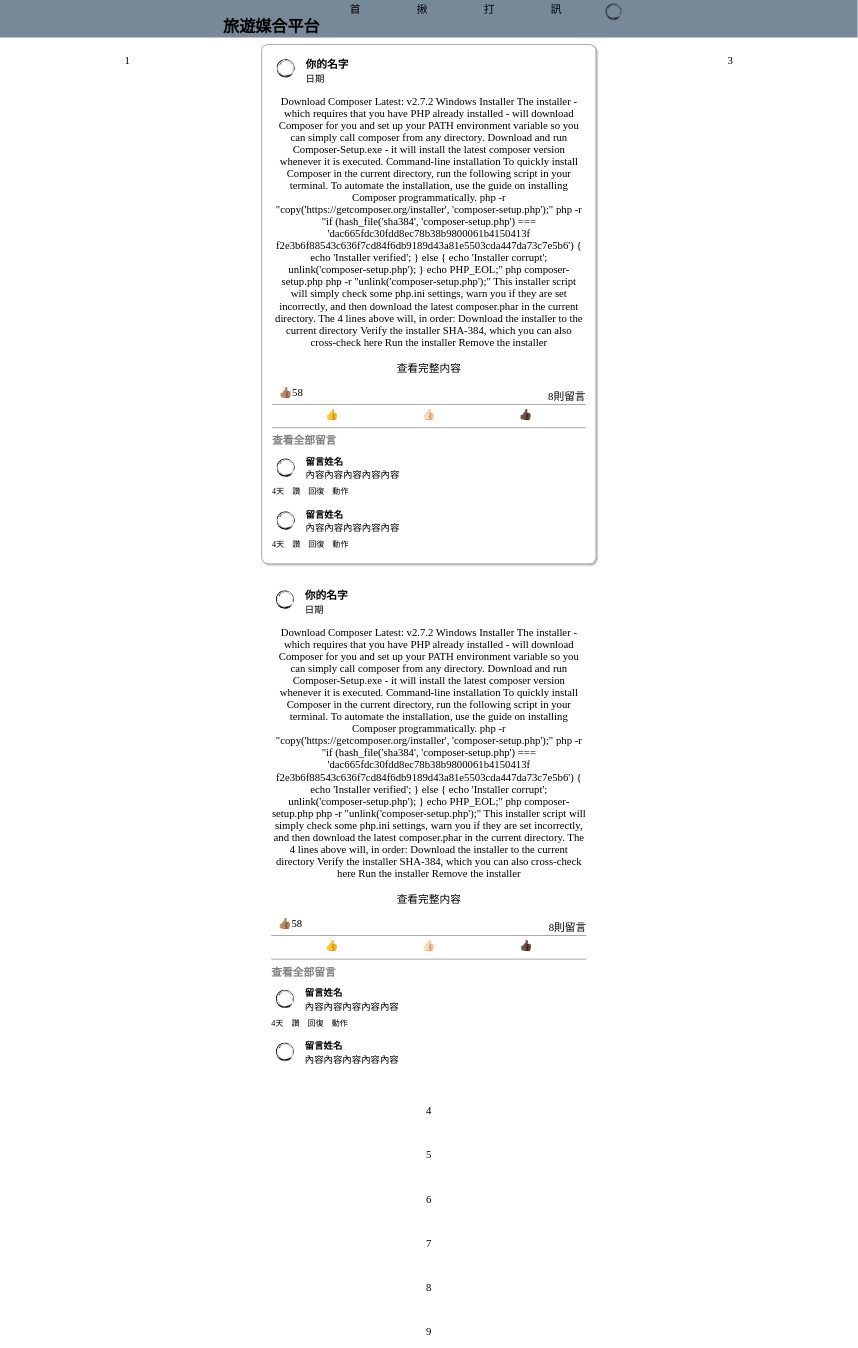
Repository: yuchiyang123/index_view
Page: http://localhost/
An editor plug-in stored every save of this project. The page is shown before and after the next save, followed by the edit.
The browser window is 1280 px wide. The pictures show the whole page, at 67% of full size.
The page is run by PHP 8.4 with error messages shown; the project is at /var/www/html/.

Above is the page before, as saved 2024-03-27 17:14:48.

### header.php
<script type="module" src="https://unpkg.com/ionicons@7.1.0/dist/ionicons/ionicons.esm.js"></script>
<script nomodule src="https://unpkg.com/ionicons@7.1.0/dist/ionicons/ionicons.js"></script>
<style>
   .header {
    position: sticky; /* 将标题栏固定在容器内 */
    top: 0; /* 将标题栏固定在容器的顶部 */
    z-index: 9999; /* 确保标题栏位于其他内容的上层 */
    /* 其他样式，例如背景颜色、文本样式等 */
    grid-area: header;
    background-color: lightslategray;
    width: 100%; /* 设置标题栏的宽度为100%，使其填满整个屏幕 */
    height: 56px;
    margin-bottom: 10px;
    box-sizing: border-box;
}
ion-icon {
  font-size: 35px;
}
.profileimg{
    width: 35px;
    height: auto;
}
.headerdiv{
    display: grid;
    grid-template-columns: 150px auto repeat(4, 100px) auto 70px;
    grid-template-rows: auto;
    text-align:center;
    justify-content: center;
}
</style>
<header class="header">
    <div class="headerdiv">
        <div>
            <h2>旅遊媒合平台</h2>
        </div>
        <div></div>
        <div>
            首
        </div>
        <div>
            揪
        </div>
        <div>
            打
        </div>
        <div>
            訊
        </div>
        <div></div>
        <div>
            <img src="img/2-1.png" class="profileimg">
        </div>

    </div>
</header>

Loaded but not shown: index.php (553 lines, source omitted)

After the next save:
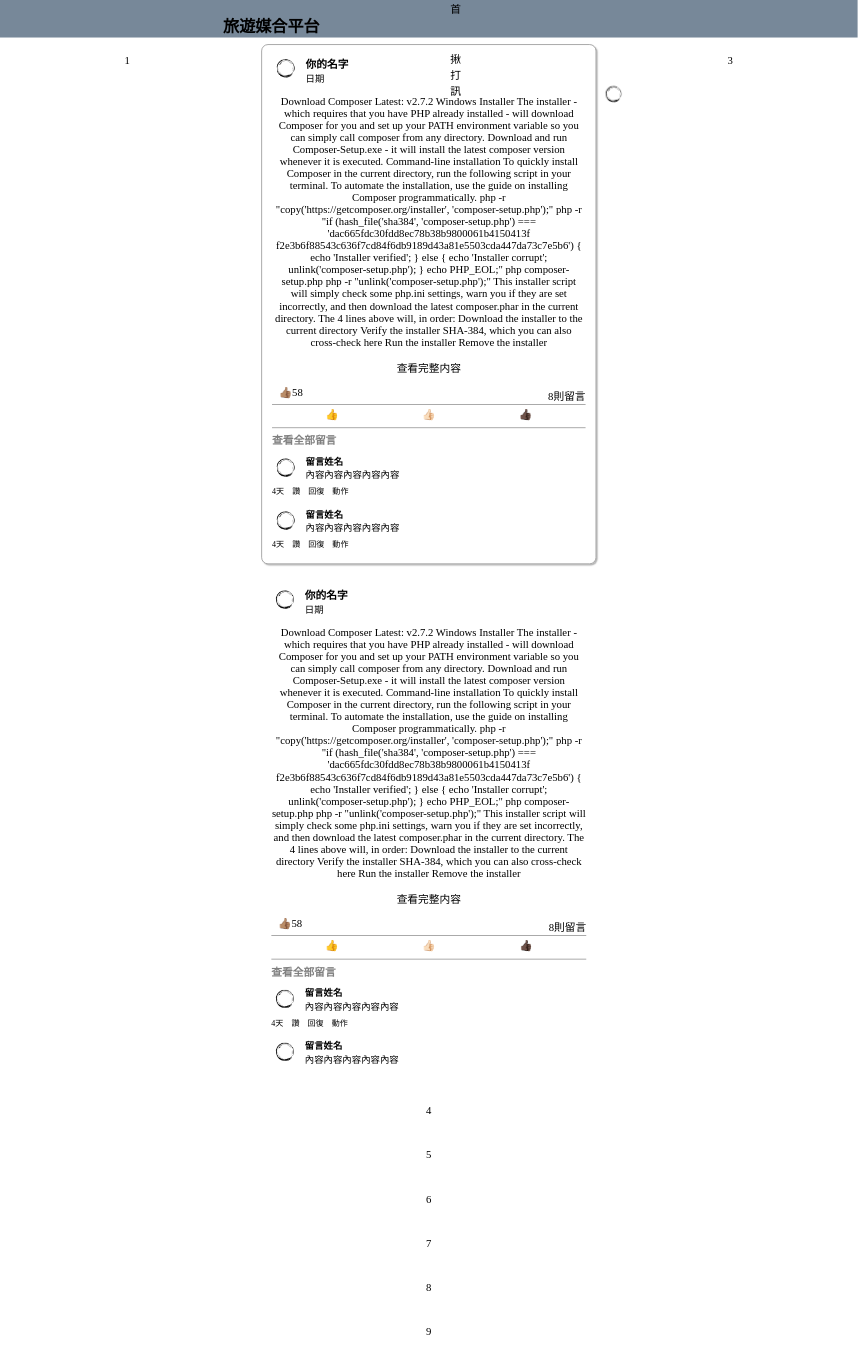
Saved 33 s later.
--- a/header.php
+++ b/header.php
@@ -27,6 +27,10 @@
     text-align:center;
     justify-content: center;
 }
+.headerdiv > div:nth-child(n+3):nth-child(-n+6) {
+    grid-column-start: 3; /* 将起始列设置为中央列 */
+    grid-column-end: 7;   /* 将结束列设置为中央列 */
+}
 </style>
 <header class="header">
     <div class="headerdiv">

After the save that followed:
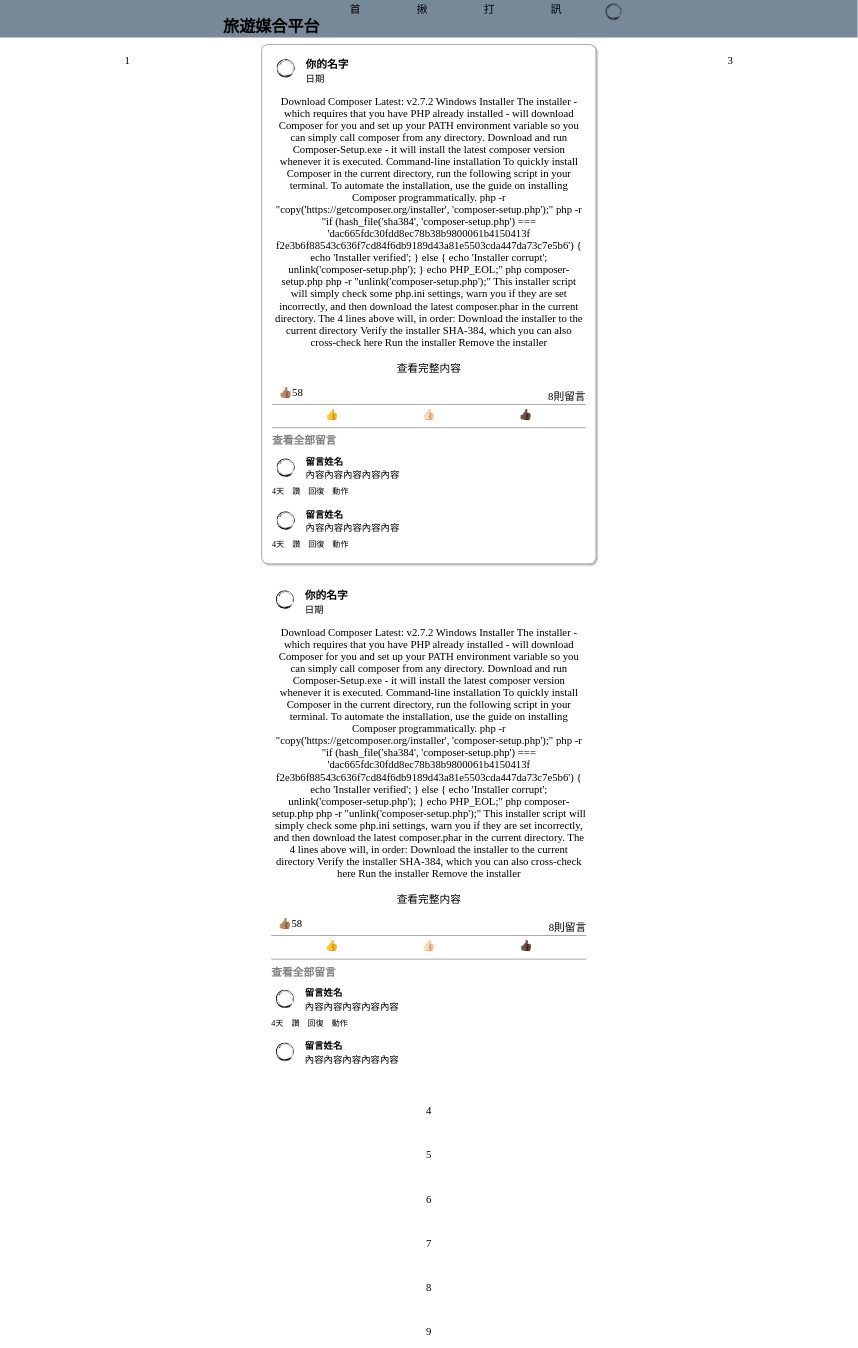
Saved 19 s later.
--- a/header.php
+++ b/header.php
@@ -27,10 +27,7 @@
     text-align:center;
     justify-content: center;
 }
-.headerdiv > div:nth-child(n+3):nth-child(-n+6) {
-    grid-column-start: 3; /* 将起始列设置为中央列 */
-    grid-column-end: 7;   /* 将结束列设置为中央列 */
-}
+
 </style>
 <header class="header">
     <div class="headerdiv">
